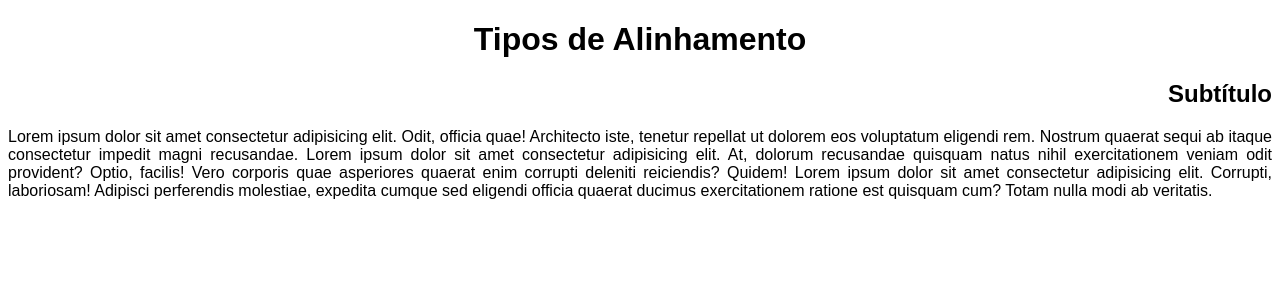
Repository: pheonix5/Estudo
Page: html-css/exercicios/ex017/fonte02.html
These files come from the project's save history. The page is drawn as it stood at one moment and after the next save; the edit follows.
The browser window is 1280 px wide. The pictures show the whole page.

Above is the page before, as saved 2023-08-13 00:51:49.

After the next save:
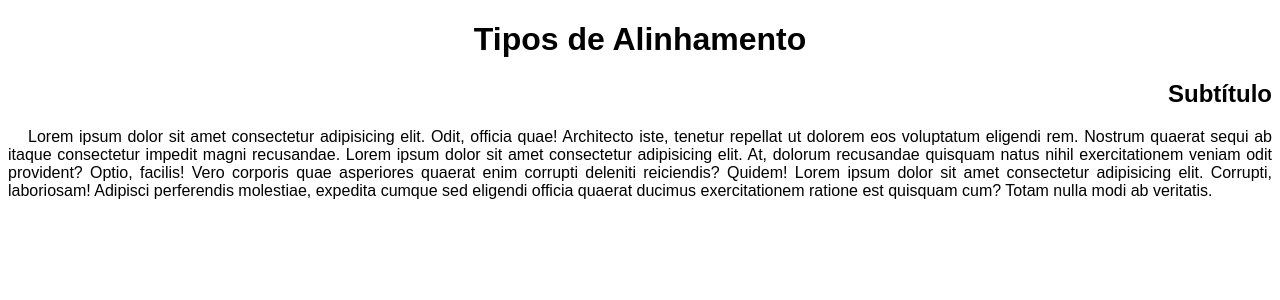
Saved 40 s later.
--- a/html-css/exercicios/ex017/fonte02.html
+++ b/html-css/exercicios/ex017/fonte02.html
@@ -20,6 +20,7 @@
 
     p{
       text-align: justify;
+      text-indent: 20px;
     }
   </style>
 </head>
